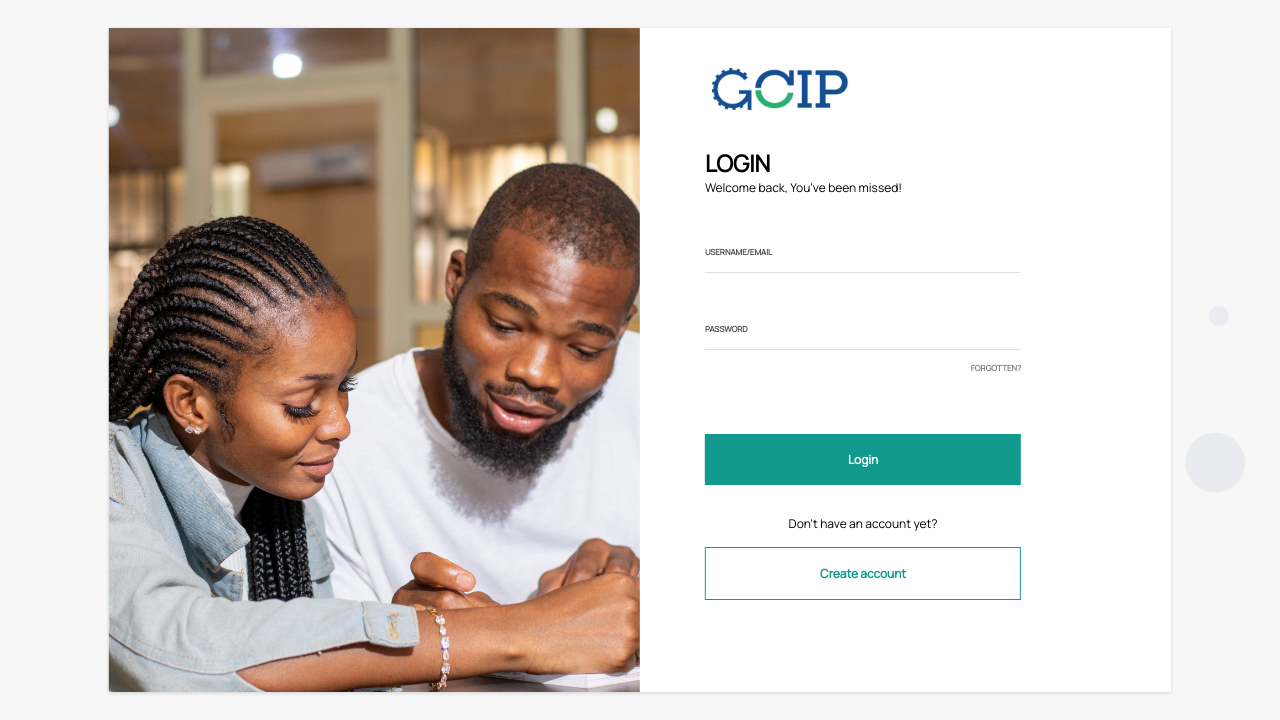
Repository: mualiyu/GCIP-Applicant-Portal
Page: /
An editor plug-in stored every save of this project. The page is shown before and after the next save, followed by the edit.
The browser window is 1280 px wide. The pictures show the whole page.
The project was rebuilt for these pictures with package versions that can differ from the ones it lists, and the page was loaded fresh each time. Also part of the build but not shown: vite.config.ts, src/pages/styles/login.css, src/components/Common.tsx, src/components/styles/input.css, src/components/Input.tsx, src/components/styles/button.css, src/assets/Colors/Colors.ts, src/components/Button.tsx and 81 more.

Above is the page before, as saved 2024-03-13 05:36:37.

After the next save:
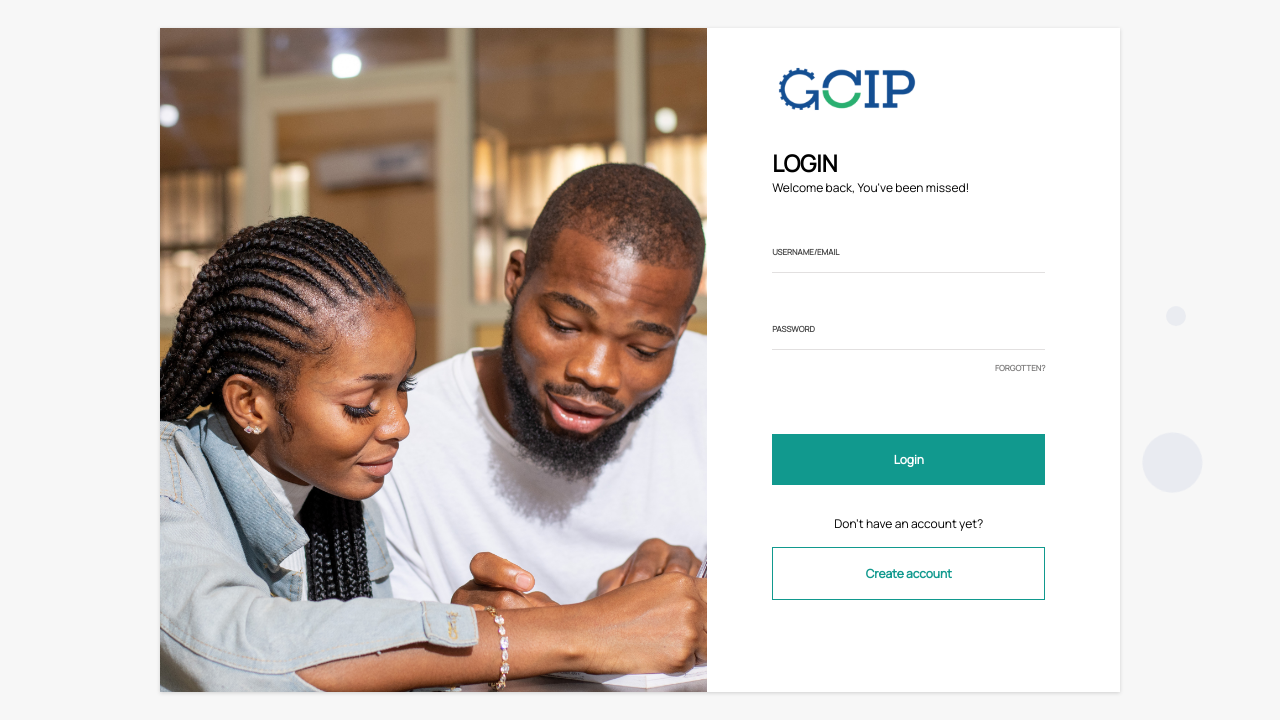
Saved 11 s later.
--- a/src/pages/Login.jsx
+++ b/src/pages/Login.jsx
@@ -116,8 +116,8 @@ function Login() {
       <section className="wrapper bubble">
         <Loading loading={loading} />
         <Alert text={alertText} />
-        <div className="col-10 flex flex-center shadow_light auth mt-xl light bubble3">
-          <div className="col-6 login-banner"></div>
+        <div className="col-9 flex flex-center shadow_light auth mt-xl light bubble3">
+          <div className="col-8 login-banner"></div>
           <div className="col-5 pl-xl pr-xl bubble2">
             <div className="form-container">
               <img
